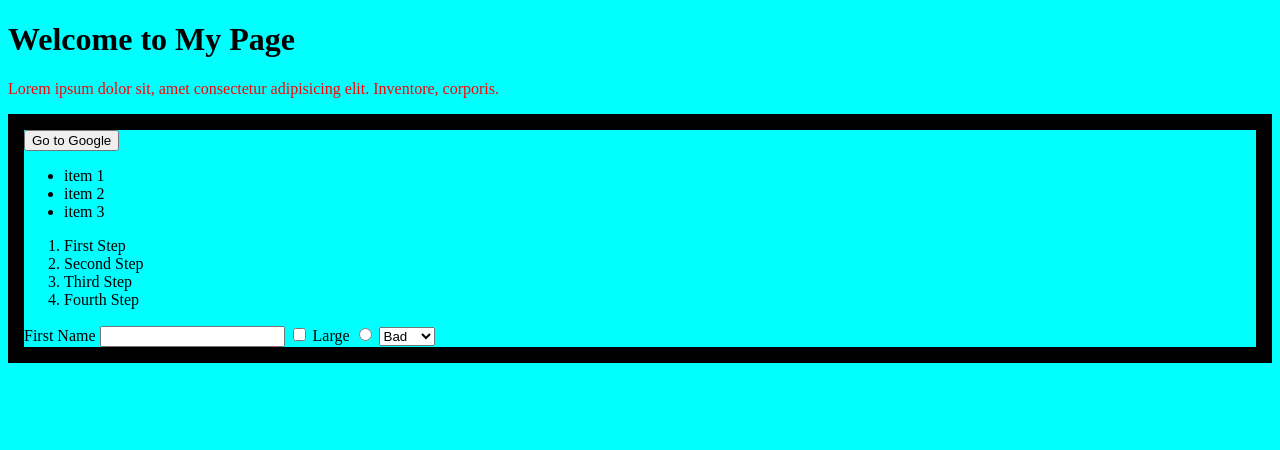
Repository: cs-fullstack-2020-spring/javascript-classes-cw-Awhit-commits
Page: index.html
An editor plug-in stored every save of this project. The page is shown before and after a run of saves, followed by the edit.
The browser window is 1280 px wide. The pictures show the whole page.

Above is the page before, as saved 2021-01-06 12:13:23.

### index.html
<!DOCTYPE html>
<html lang="en">

<head>
    <meta charset="UTF-8">
    <meta name="viewport" content="width=device-width, initial-scale=1.0">
    <title>Document</title>
    <link rel="stylesheet" href="style.css">
</head>

<body>
    <h1>Welcome to My Page</h1>
    <div class ="yellowBorder" id = "redText">
    <p>Lorem ipsum dolor sit, amet consectetur adipisicing elit. Inventore, corporis.</p>
    </div>

   <div class="blackBorder"><a href="https://google.com"><button> Go to Google</button></a>

    <ul>
        <li>item 1 </li>
        <li>item 2 </li>
        <li>item 3 </li>
    </ul>

    <ol>
        <li>First Step</li>
        <li>Second Step</li>
        <li>Third Step</li>
        <li>Fourth Step</li>
    </ol>
    <label for="firstName">First Name</label>
    <input type="text" name="firstName" id="">
    <input type="checkbox" name="" id="">
    <label for="large">Large</label>
    <input type="radio" name="large" id="">

    <select name="" id="">
        <option value="">Bad</option>
        <option value="">Good</option>
        <option value="">Great</option>
    </select>
    </div>
</body>

</html>

### style.css
div{
    border: 1rem black solid ;
}
body{
    background-color: aqua;
}

#redText{
    color: red;
}

.yellowBorder{
    border: 1rem yellow
}

After the next 4 saves:
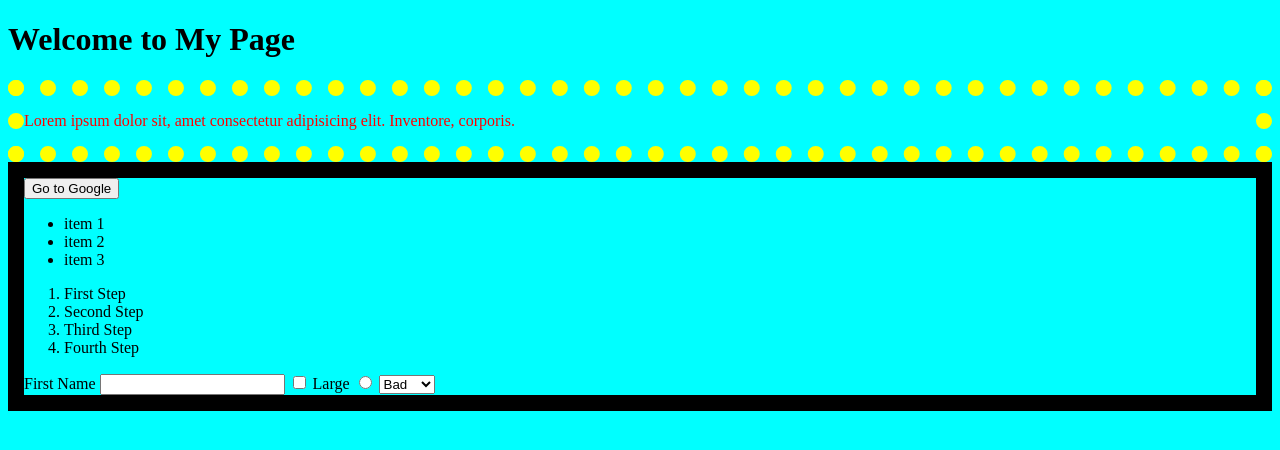
The 4 saves are shown as one change because they came seconds apart.
The last was saved 8 s later.
--- a/style.css
+++ b/style.css
@@ -10,5 +10,5 @@
 }
 
 .yellowBorder{
-    border: 1rem yellow
+    border: 1rem yellow dotted;
 }
